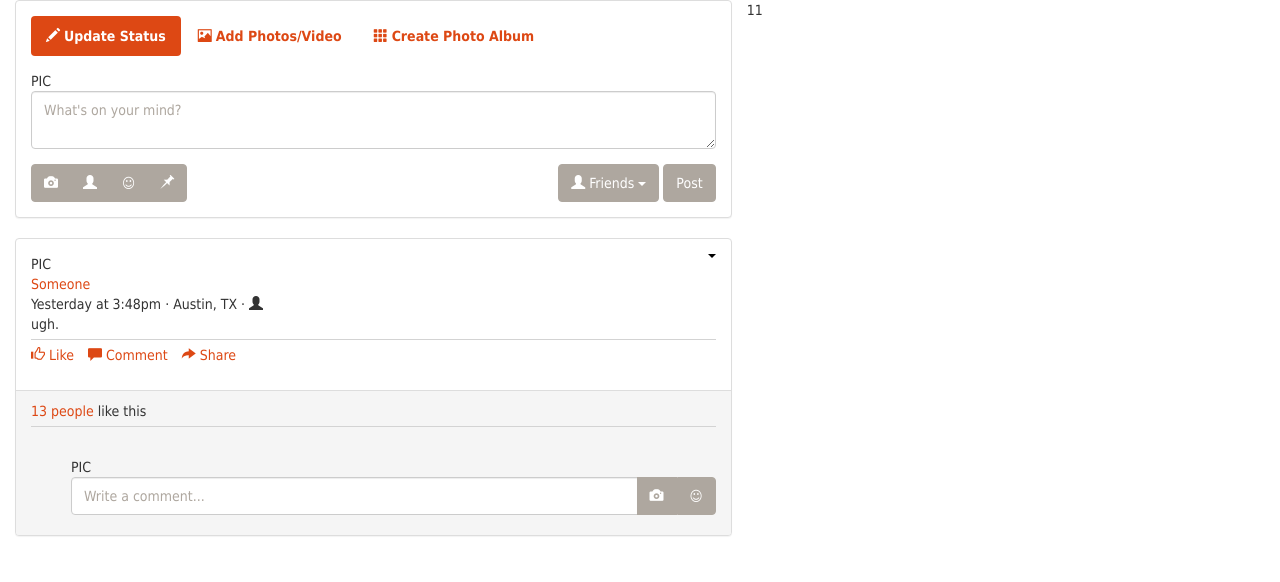
Repository: harshagithub19/news_feed
Page: fbapp3/src/main/webapp/statuscheck.html
An editor plug-in stored every save of this project. The page is shown before and after the next save, followed by the edit.
The browser window is 1280 px wide. The pictures show the whole page.
The page's requests for data from a server got no answer. Some web fonts or font styles are not loaded; a fallback is used. Some web libraries are served in a nearby version.

Above is the page before, as saved 2017-03-02 05:13:26.

### fbapp3/src/main/webapp/statuscheck.html
<!DOCTYPE html>
<html>
<head>
<meta charset="UTF-8">
<meta http-equiv="Content-Type" content="text/html; charset=ISO-8859-1">


<script src="https://ajax.googleapis.com/ajax/libs/jquery/3.1.1/jquery.min.js"></script>
<script src="https://ajax.googleapis.com/ajax/libs/jquery/3.1.1/jquery.ui.min.js"></script>
<script src="https://maxcdn.bootstrapcdn.com/bootstrap/3.3.7/js/bootstrap.min.js"></script>
<script type="text/javascript" src="http://cdn.jsdelivr.net/jquery.cookie/1.3.1/jquery.cookie.js"></script>
<link href="bootstrap/css/bootstrap.css" rel="stylesheet" />
<link href="assets/css/bootstrap-united.css" rel="stylesheet" />



<style type="text/css" >
  hr {
  margin-top: 5px;
  margin-bottom: 5px;
  /* The color of `hr` is set by its top border color.
     Yeah, it's weird. */
  border-top: 1px solid lightgray;
}
nav ul {
 height:100px;
 overflow:hidden;
 overflow-y:scroll;
}


</style>

<script type="text/javascript">
  document.write(5 + 6);
  $(document).ready(function(){

	  //  var obj1 = {user_id:21};
	//	var myJSON1 = JSON.stringify(obj1);
	var user_id=21;
  	       	$.ajax({
  	                   url: "http://localhost:8080/fbapp3/webapi/status/21/",
  	                   type: "GET",
  	                   //data: "myJSON1",
  	                   dataType: "json",
  	                   contentType : "application/json",
  	                   crossDomain: true,
  	                   processData: true,
  	                   success: function(response){


  	                	   if(response!=null){
  	                		 //alert("working");
  	                		   var data =JSON.parse(JSON.stringify(response));  ;
  	                	   var output= "<ul class="+"media-list"+">";
  	                	   for (i=0; i < data.length; i++){
  	                	       output += "<li class="+"media"+">"+ data[i].status_desc+ "</li>";

  	                	   }

  	                	   output += "</ul>";
  	                	   $("#output").html(output);

  	                       }
  	                       else
  	                    	   {
							//	alert("not working");
  	                    	   window.location.href = "AddInfo.html";
  	                    	   }
  	                     },
  	          			error: function(e){
  	            					alert('Error121212: ' + e);
  	            					alert(e.toString());
  	          			}

  	    	  });

	/* $("#StatusAdd").click(function(e){

	        //get the form data using another method
	           var status_desc=$("input#status_d").val();
	            var obj = { status_desc:status_desc,author_id:21};
	        	var myJSON = JSON.stringify(obj);
	            $.ajax({

	                type: "POST",
	                url: "http://localhost:8080/fbapp3/webapi/status/add",
	                data: myJSON,
	                contentType : "application/json",
	                dataType: "json",
	                 success:function(resp) {
	                     if(resp==true){
	                      window.location.href = "AddInfo.html";
	                  	  alert("Server said123:\n '" + resp + "'");}
	                     else
	                  	   {alert("error mode");
	                  	   }},
	                error: function(jqXHR, textStatus, errorThrown){
	                     console.log("Something really bad happened " + textStatus);
	                      $("#ajaxResponse").html(jqXHR.responseText);
	                },
	                beforeSend: function(jqXHR, settings){
	                    $('#myButton').attr("disabled", true);
	                },complete: function(jqXHR, textStatus){
	                    $('#myButton').attr("disabled", false);
	                }
	           });

	    }); */
	 });


</script>




<title>Insert title here</title>
</head>
<body>


<!-- Main feed: A cell that spans 7 columns -->
<div class="col-md-7">
  <!-- Status update entry -->
  <div class="panel panel-default">
    <div class="panel-body">

	    <ul class="nav nav-pills">
	      <li role="presentation" class="active">
	        <a href="#"><span class="glyphicon glyphicon-pencil"></span> <strong>Update Status</strong></a>
	      </li>
	      <li role="presentation">
	        <a href="#"><span class="glyphicon glyphicon-picture"></span> <strong>Add Photos/Video</strong></a>
	      </li>
	      <li role="presentation">
	        <a href="#"><span class="glyphicon glyphicon-th"></span> <strong>Create Photo Album</strong></a>
	      </li>
	    </ul>

        <div class="media">
			  <div class="media-left media-top">
			    PIC
			  </div>
			  <div class="media-body">
			    <div class="form-group">
			      <!-- rows="2" means "display the textarea as 2 rows high". The user can
			           enter more than 2 rows of text. -->
			      <textarea class="form-control" rows="2" placeholder="What's on your mind?"></textarea>
			    </div>
			  </div>
       </div>

      <div class="row">
		  <div class="col-md-6">
		    <div class="btn-group" role="group">
		      <button type="button" class="btn btn-default">
		        <span class="glyphicon glyphicon-camera"></span>
		      </button>
		      <button type="button" class="btn btn-default">
		        <span class="glyphicon glyphicon-user"></span>
		      </button>
		      <button type="button" class="btn btn-default">
		        ☺
		      </button>
		      <button type="button" class="btn btn-default">
		        <span class="glyphicon glyphicon-pushpin"></span>
		      </button>
		    </div>
		  </div>
		  <div class="col-md-6">
		    <div class="pull-right">
		      <button type="button" class="btn btn-default">
		        <span class="glyphicon glyphicon-user"></span> Friends <span class="caret"></span>
		      </button>
		      <button type="button" class="btn btn-default">
		        Post
		      </button>
		    </div>
		  </div>
     </div>




    </div>
  </div>
  <!-- Status update #1 -->
  <div class="panel panel-default">
  <div class="panel-body">
    <!-- Post metadata -->
    <div class="row">
      <div class="col-md-10">
        <div class="media">
          <div class="media-left media-top">PIC</div>
          <div class="media-body">
            <a href="#">Someone</a>
            <br> Yesterday at 3:48pm · Austin, TX · <span class="glyphicon glyphicon-user"></span>
          </div>
        </div>
      </div>
      <div class="col-md-2">
        <span class="caret pull-right"></span>
      </div>
    </div>
    <!-- Post content -->
    <div class="row">
      <div class="col-md-12">
        ugh.
      </div>
    </div>
  <hr>
  <div class="row">
		  <div class="col-md-12">
		    <ul class="list-inline">
		      <li>
		      <a href="#"><span class="glyphicon glyphicon-thumbs-up"></span> Like</a>
		      </li>
		      <li>
		      <a href="#"><span class="glyphicon glyphicon-comment"></span> Comment</a>
		      </li>
		      <li>
		      <a href="#"><span class="glyphicon glyphicon-share-alt"></span> Share</a>
		      </li>
		    </ul>
		  </div>
  </div>
 </div> <!--  div of panel body for status update 1 -->
 <!-- panel body footer -->
 <div class="panel-footer" id="o">
	  <div class="row">
	    <div class="col-md-12">
	      <a href="#">13 people</a> like this
	    </div>

	   </div>


  <hr>
  <nav>
       <p id ="output"></p>
       <br>

  </nav>

   <ul>
   <li class="media">
      <div class="media-left media-top">
        PIC
      </div>
      <div class="media-body">
        <div class="input-group">
          <input type="text" class="form-control" placeholder="Write a comment...">
          <span class="input-group-btn">
            <button class="btn btn-default" type="button">
              <span class="glyphicon glyphicon-camera"></span>
            </button>
            <button class="btn btn-default" type="button">
              ☺
            </button>
          </span>
        </div>
      </div>
    </li>
   </ul>


 <!--   <ul class="media-list">
    <li class="media">
      <div class="media-left media-top">
        PIC
      </div>
      <div class="media-body">
        <a href="#">Someone Else</a> hope everything is ok!

      </div>
    </li>
    <li class="media">
      <div class="media-left media-top">
        PIC
      </div>
      <div class="media-body">
        <div class="input-group">
          <input type="text" class="form-control" placeholder="Write a comment...">
          <span class="input-group-btn">
            <button class="btn btn-default" type="button">
              <span class="glyphicon glyphicon-camera"></span>
            </button>
            <button class="btn btn-default" type="button">
              ☺
            </button>
          </span>
        </div>
      </div>
    </li>
  </ul> -->



</div>



</div> <!--  div of panel default for status update 1 -->

</div>





</body>
</html>

Loaded but not shown: fbapp3/src/main/webapp/bootstrap/css/bootstrap.css (library); fbapp3/src/main/webapp/assets/css/bootstrap-united.css (library)

After the next save:
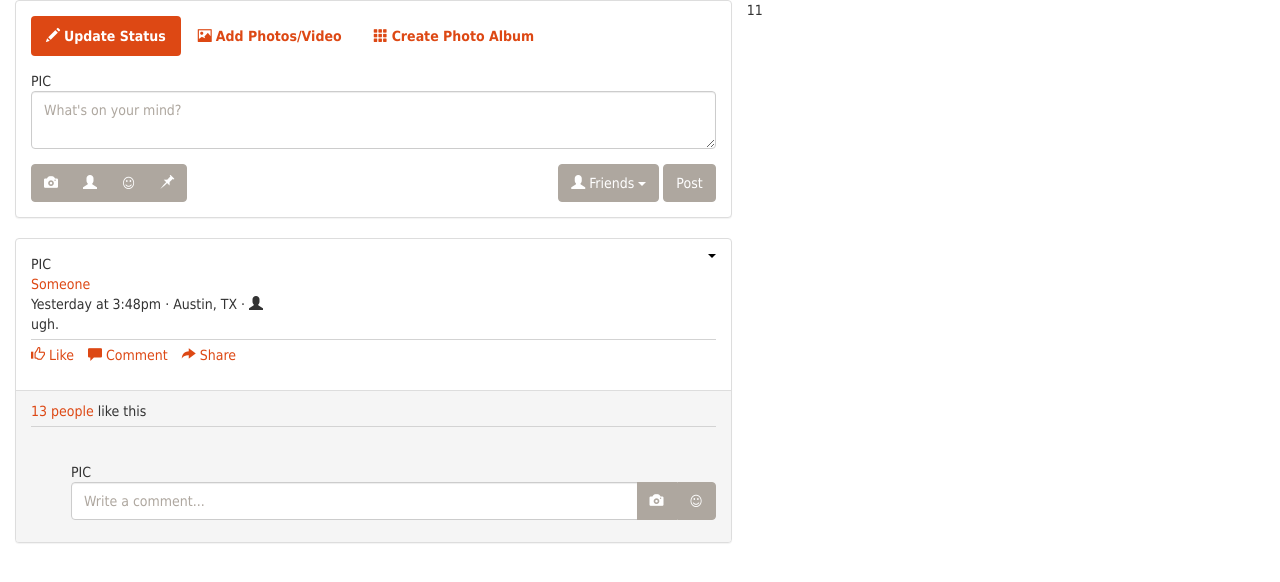
Saved 2 min 4 s later.
--- a/fbapp3/src/main/webapp/statuscheck.html
+++ b/fbapp3/src/main/webapp/statuscheck.html
@@ -237,11 +237,11 @@ nav ul {
 
 
   <hr>
-  <nav>
+  <div class="pre-scrollable" style="height:100px"
        <p id ="output"></p>
        <br>
 
-  </nav>
+
 
    <ul>
    <li class="media">
